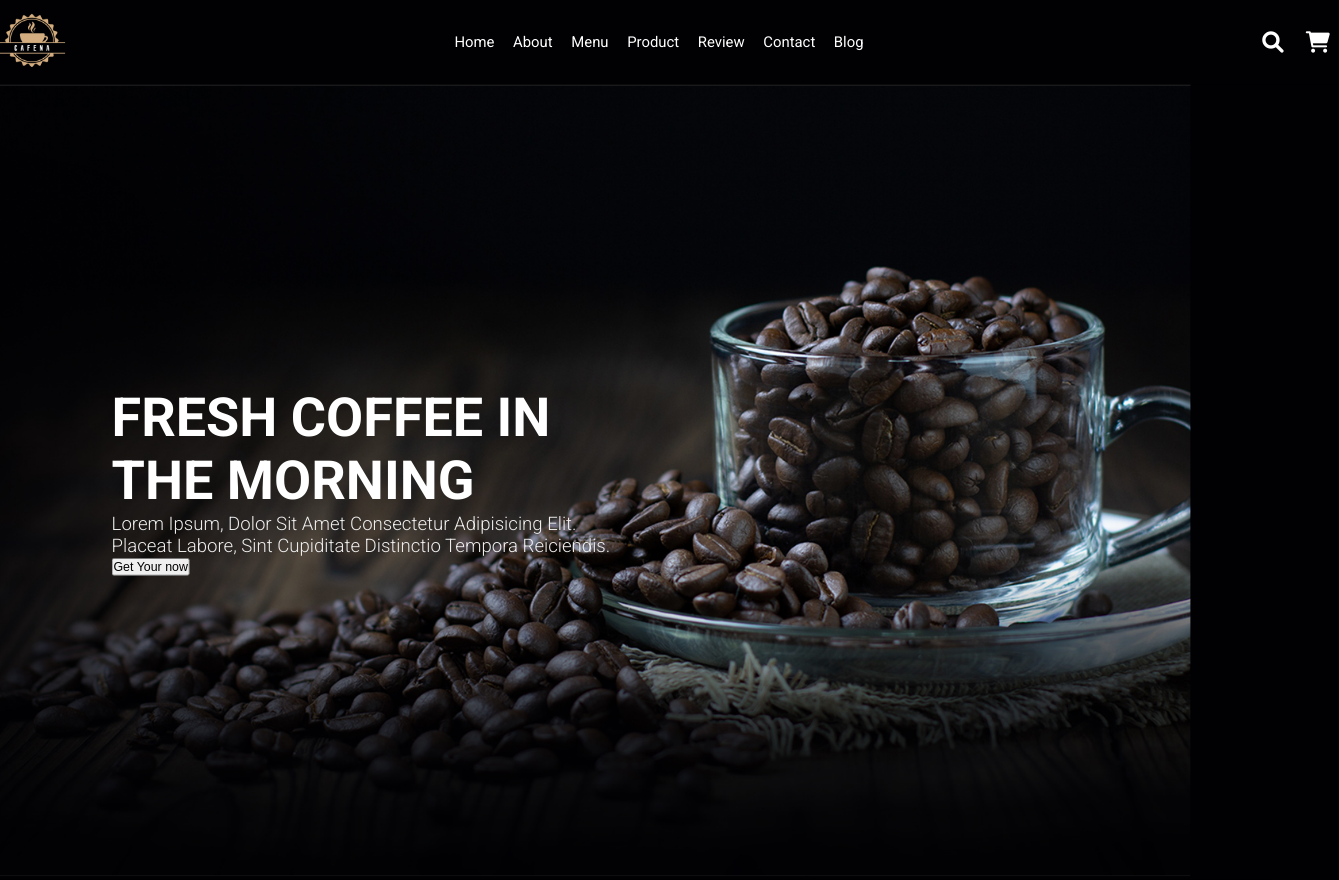
Repository: Dinhthai303/DinhThai
Page: index.html
These files come from the project's save history. The page is drawn as it stood at one moment and after the next save; the edit follows.
The browser window is 1280 px wide. The page is 1440 px wide, so the pictures cover 1440 px, including what lies to the right of the window. The pictures show the whole page, at 93% of full size.

Above is the page before, as saved 2021-11-28 00:04:34.

After the next save:
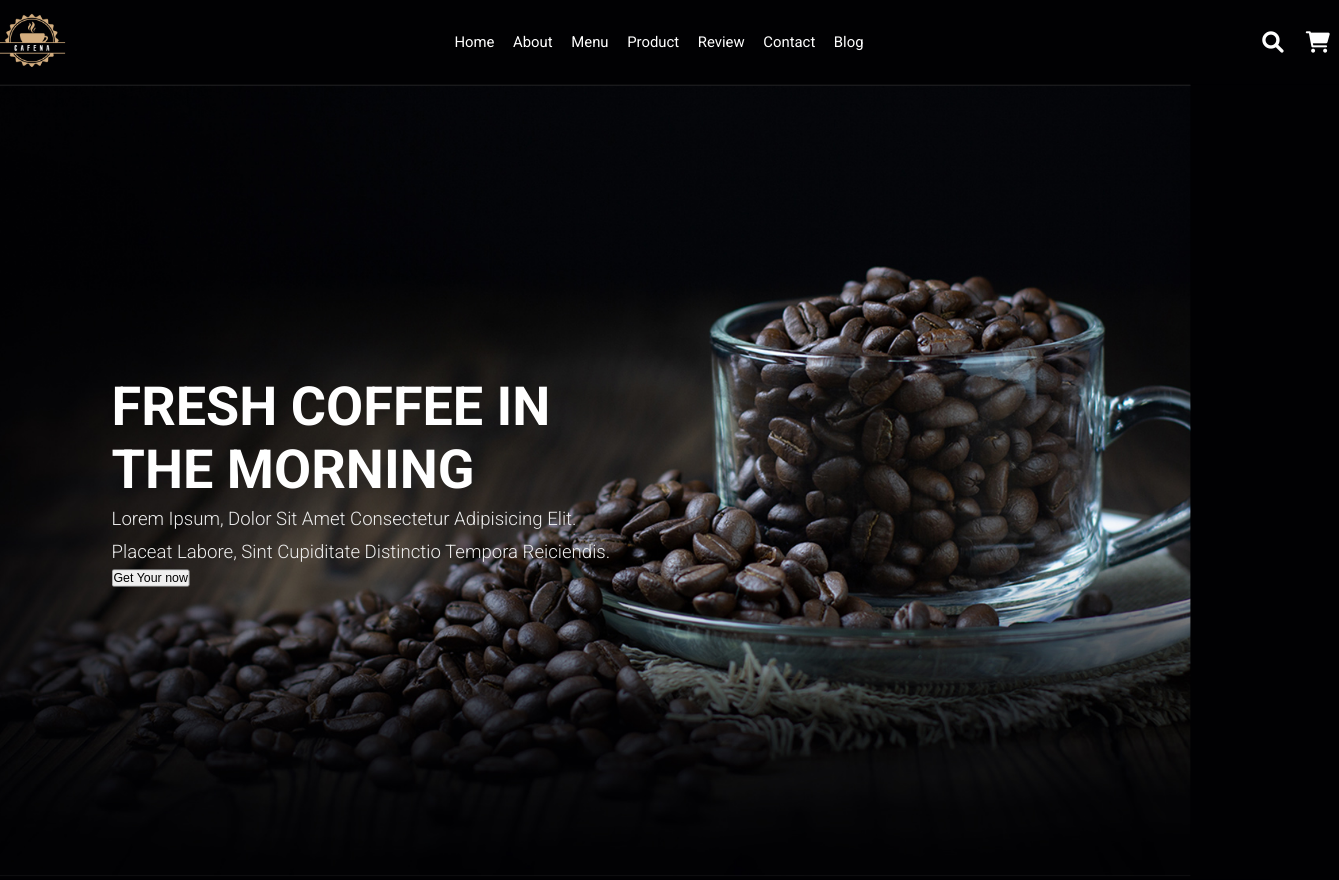
Saved 11 s later.
--- a/css/style.css
+++ b/css/style.css
@@ -88,4 +88,5 @@ body{
     font-size: 20px;
     color: rgb(238, 238, 238);
     font-weight: lighter;
+    line-height: 1.8;
 }
